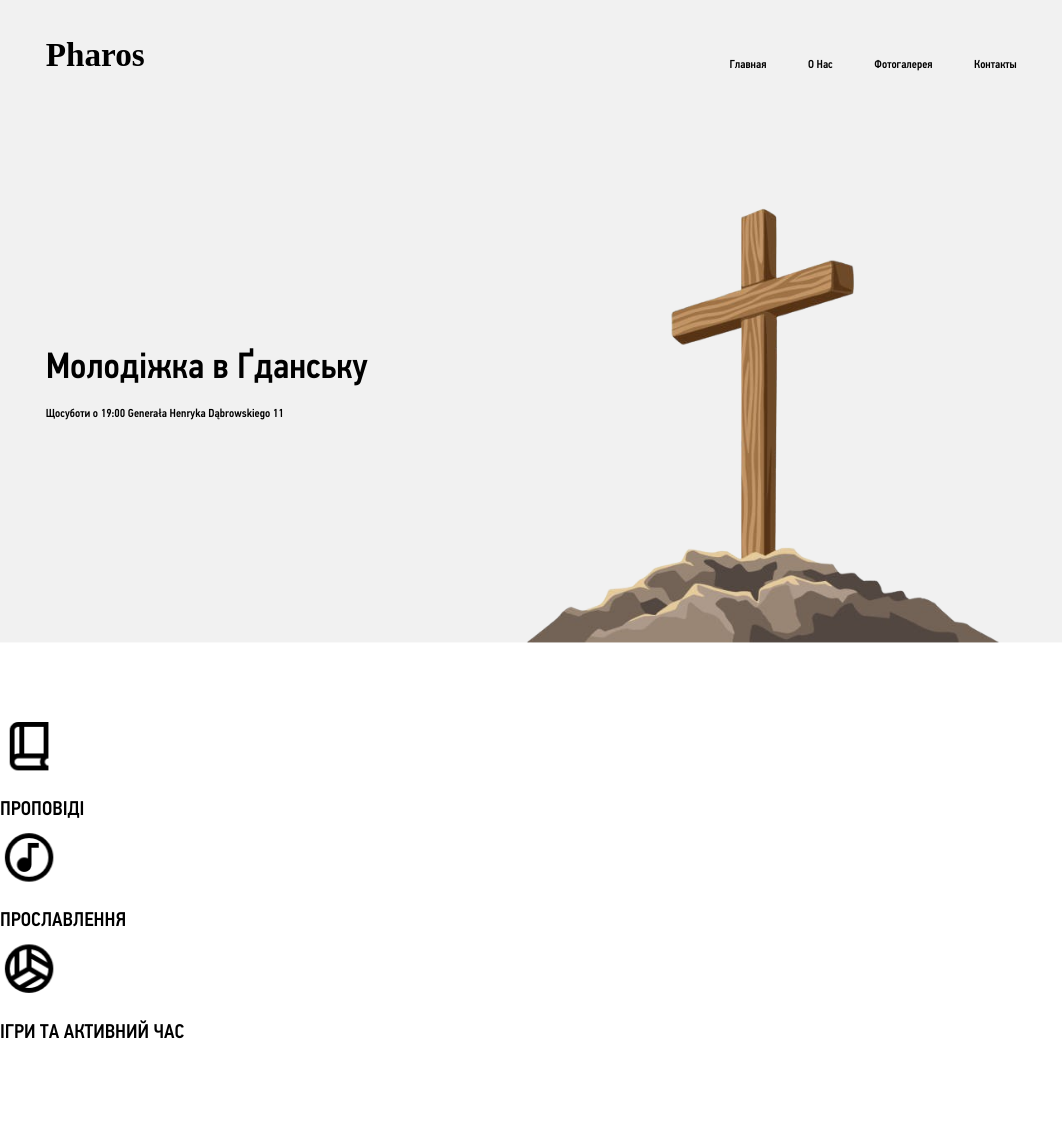
Repository: Bohdan-Sandovenko/youth-project
Page: index.html
The author's editor kept a copy of each file at every save. The page is drawn from the files as they stood at one save, then again after the next save.
The browser window is 1280 px wide. The pictures show the whole page, at 83% of full size.
Some web fonts or font styles are not loaded; a fallback is used. The style sheet was rebuilt from its Sass, Less or Tailwind sources for each picture, by a compiler version that may differ from the author's.

Above is the page before, as saved 2024-09-11 09:32:42.

After the next save:
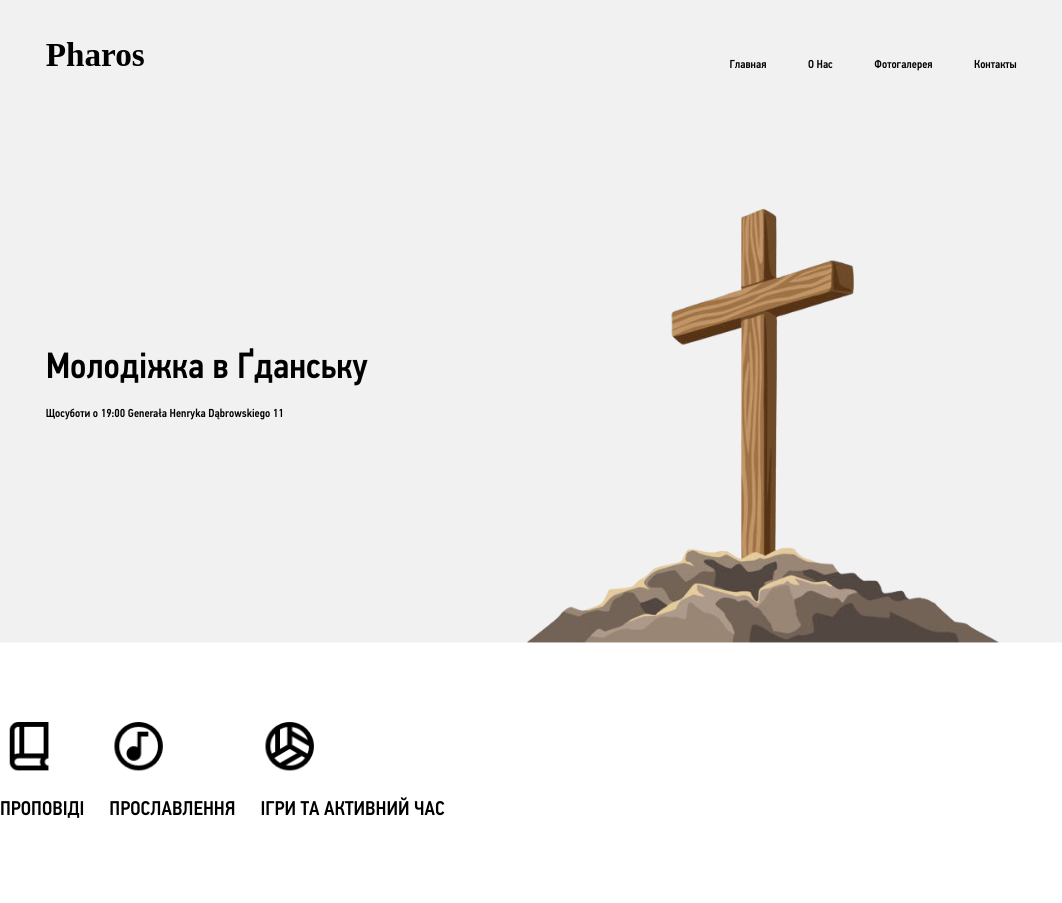
Saved 3 min 21 s later.
--- a/css/style.scss
+++ b/css/style.scss
@@ -88,6 +88,9 @@ body {
 
         .container {
             .services-row {
+                display: flex;
+                column-gap: 30px;
+
                 .service-card {
                     .service-card-img {
                         height: 70px;
